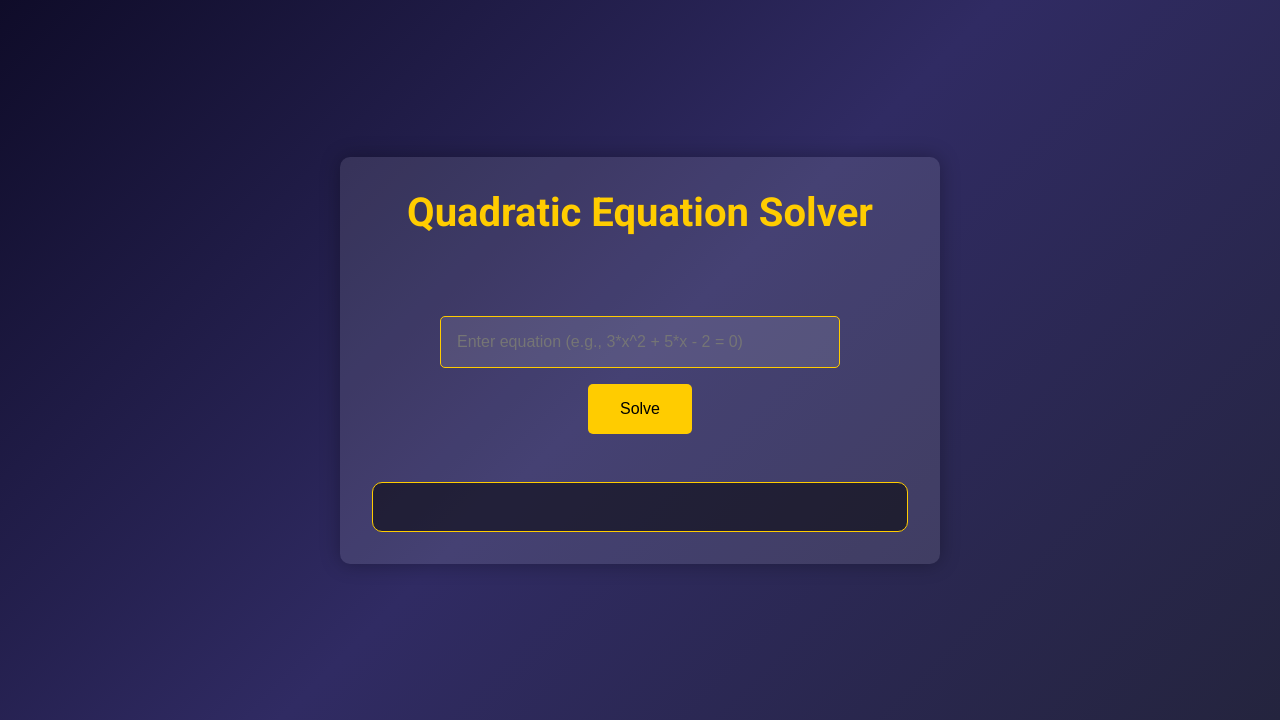
Repository: ngl-ankit/equation-solver
Page: index.html
The author's editor kept a copy of each file at every save. The page is drawn from the files as they stood at one save, then again after the next save.
The browser window is 1280 px wide. The pictures show the whole page.

Above is the page before, as saved 2024-07-08 11:14:06.

After the next save:
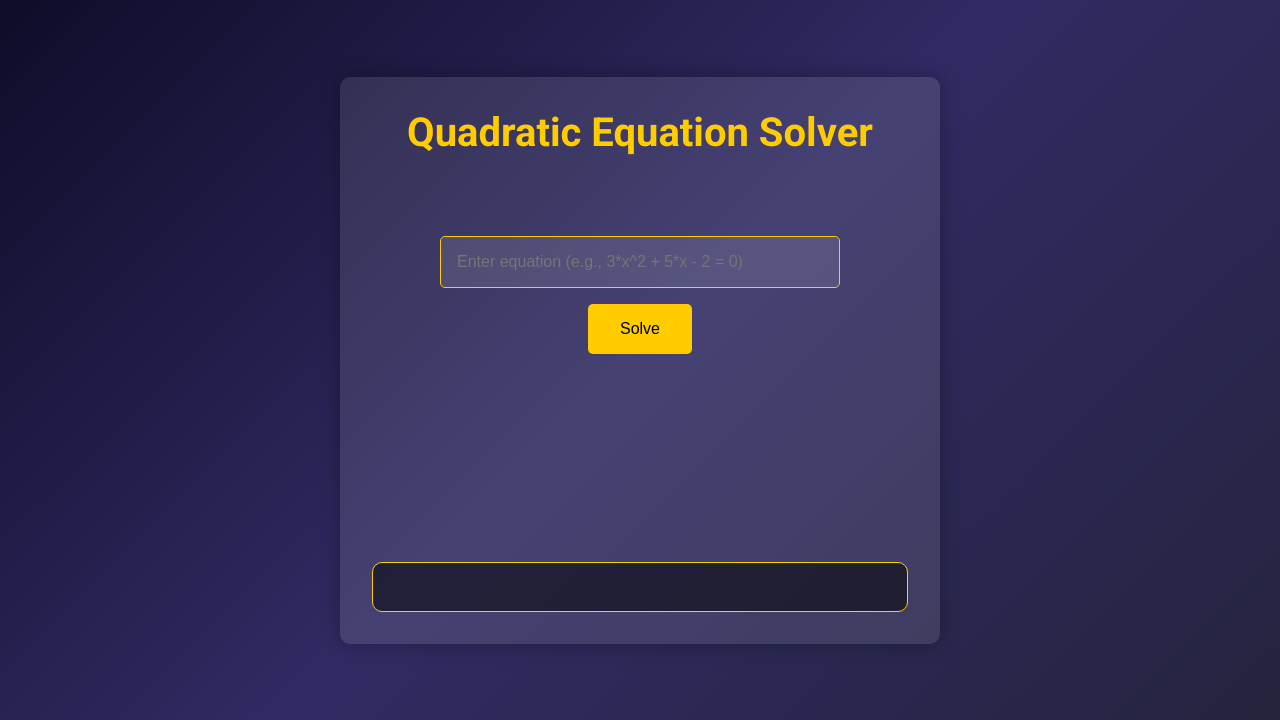
Saved 7 s later.
--- a/styles.css
+++ b/styles.css
@@ -33,7 +33,7 @@ h1 {
 }
 
 .form-container {
-  margin-bottom: 3rem;
+  margin-bottom: 13rem;
 }
 
 form {
